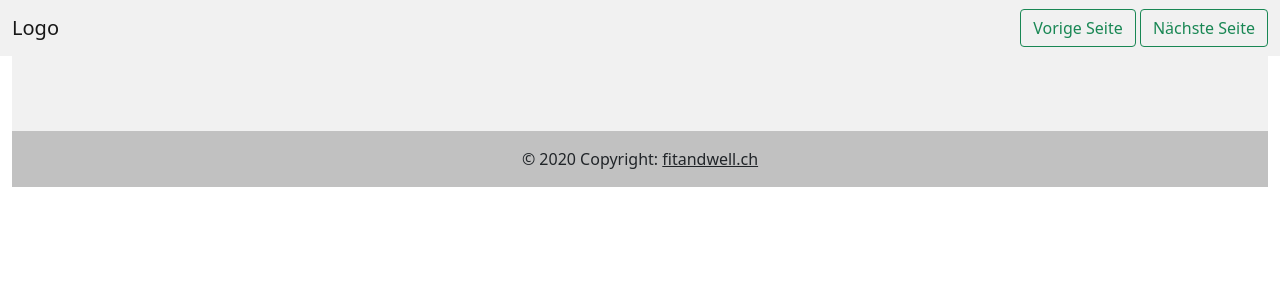
Repository: stephane71183101/Stephane-Personal-Health-Survey
Page: http://localhost/form-q01-start-page.php
An editor plug-in stored every save of this project. The page is shown before and after the next save, followed by the edit.
The browser window is 1280 px wide. The pictures show the whole page.
The page is run by PHP 8.4 with error messages shown; the project is at /var/www/html/.

Above is the page before, as saved 2022-03-15 14:53:40.

### form-q01-start-page.php
<!DOCTYPE html>
<html lang="en">
<head>
    <meta charset="UTF-8">
    <meta http-equiv="X-UA-Compatible" content="IE=edge">
    <meta name="viewport" content="width=device-width, initial-scale=1.0">
    <title>Document</title>
    <link href="https://cdn.jsdelivr.net/npm/bootstrap@5.1.3/dist/css/bootstrap.min.css" rel="stylesheet" integrity="sha384-1BmE4kWBq78iYhFldvKuhfTAU6auU8tT94WrHftjDbrCEXSU1oBoqyl2QvZ6jIW3" crossorigin="anonymous">
    <script src="https://cdn.jsdelivr.net/npm/bootstrap@5.1.3/dist/js/bootstrap.bundle.min.js" integrity="sha384-ka7Sk0Gln4gmtz2MlQnikT1wXgYsOg+OMhuP+IlRH9sENBO0LRn5q+8nbTov4+1p" crossorigin="anonymous"></script>
</head>

<header>
    <nav class="navbar navbar-expand-lg navbar-light" style="background-color: #f1f1f1">
    <div class="container-fluid">
        <a class="navbar-brand" style="font-color: red" href="#">Logo</a>
        <div class="nav justify-content-end" id="navbarNav">
            <form class="d-flexme-2">
                <button class="btn btn-outline-success" type="submit">Vorige Seite</button>
                <button class="btn btn-outline-success" type="submit">Nächste Seite</button>
            </form>
        </div>
    </div>
    </nav>
</header>

<body>

</body>

<div class="container-fluid">
  <footer class="text-center text-white" style="background-color: #f1f1f1;">
  <!-- Grid container -->
  <div class="container pt-4">
    <!-- Section: Social media -->
    <section class="mb-4">
      <!-- Facebook -->
      <a
        class="btn btn-link btn-floating btn-lg text-dark m-1"
        href="#!"
        role="button"
        data-mdb-ripple-color="dark"
        ><i class="fab fa-facebook-f"></i
      ></a>

      <!-- Twitter -->
      <a
        class="btn btn-link btn-floating btn-lg text-dark m-1"
        href="#!"
        role="button"
        data-mdb-ripple-color="dark"
        ><i class="fab fa-twitter"></i
      ></a>

      <!-- Google -->
      <a
        class="btn btn-link btn-floating btn-lg text-dark m-1"
        href="#!"
        role="button"
        data-mdb-ripple-color="dark"
        ><i class="fab fa-google"></i
      ></a>

      <!-- Instagram -->
      <a
        class="btn btn-link btn-floating btn-lg text-dark m-1"
        href="#!"
        role="button"
        data-mdb-ripple-color="dark"
        ><i class="fab fa-instagram"></i
      ></a>

      <!-- Linkedin -->
      <a
        class="btn btn-link btn-floating btn-lg text-dark m-1"
        href="#!"
        role="button"
        data-mdb-ripple-color="dark"
        ><i class="fab fa-linkedin"></i
      ></a>
      <!-- Github -->
      <a
        class="btn btn-link btn-floating btn-lg text-dark m-1"
        href="#!"
        role="button"
        data-mdb-ripple-color="dark"
        ><i class="fab fa-github"></i
      ></a>
    </section>
    <!-- Section: Social media -->
  </div>
  <!-- Grid container -->

  <!-- Copyright -->
  <div class="text-center text-dark p-3" style="background-color: rgba(0, 0, 0, 0.2);">
    © 2020 Copyright:
    <a class="text-dark" href="#">fitandwell.ch</a>
  </div>
  <!-- Copyright -->
</footer>

</div>

</html>

After the next save:
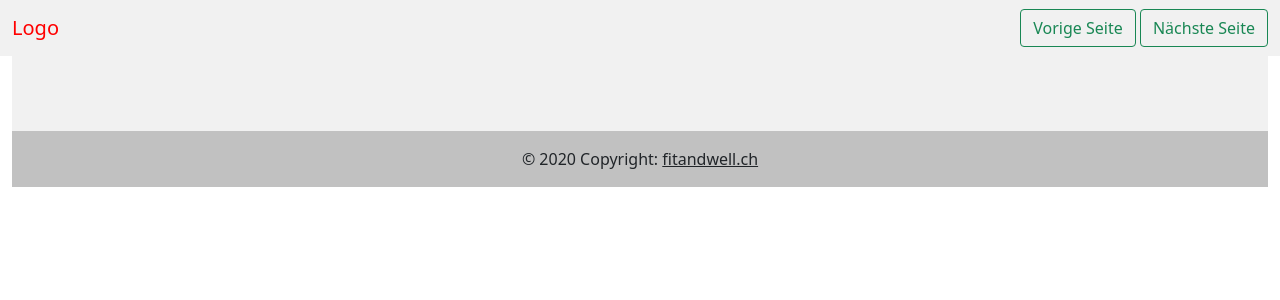
Saved 12 s later.
--- a/form-q01-start-page.php
+++ b/form-q01-start-page.php
@@ -12,7 +12,7 @@
 <header>
     <nav class="navbar navbar-expand-lg navbar-light" style="background-color: #f1f1f1">
     <div class="container-fluid">
-        <a class="navbar-brand" style="font-color: red" href="#">Logo</a>
+        <a class="navbar-brand" style="color: red" href="#">Logo</a>
         <div class="nav justify-content-end" id="navbarNav">
             <form class="d-flexme-2">
                 <button class="btn btn-outline-success" type="submit">Vorige Seite</button>

After the save that followed:
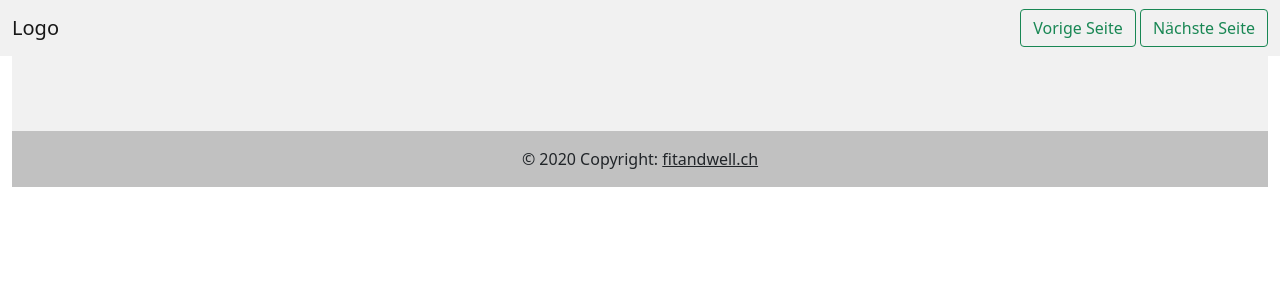
Saved 18 s later.
--- a/form-q01-start-page.php
+++ b/form-q01-start-page.php
@@ -12,7 +12,7 @@
 <header>
     <nav class="navbar navbar-expand-lg navbar-light" style="background-color: #f1f1f1">
     <div class="container-fluid">
-        <a class="navbar-brand" style="color: red" href="#">Logo</a>
+        <a class="navbar-brand" style="success: red" href="#">Logo</a>
         <div class="nav justify-content-end" id="navbarNav">
             <form class="d-flexme-2">
                 <button class="btn btn-outline-success" type="submit">Vorige Seite</button>
